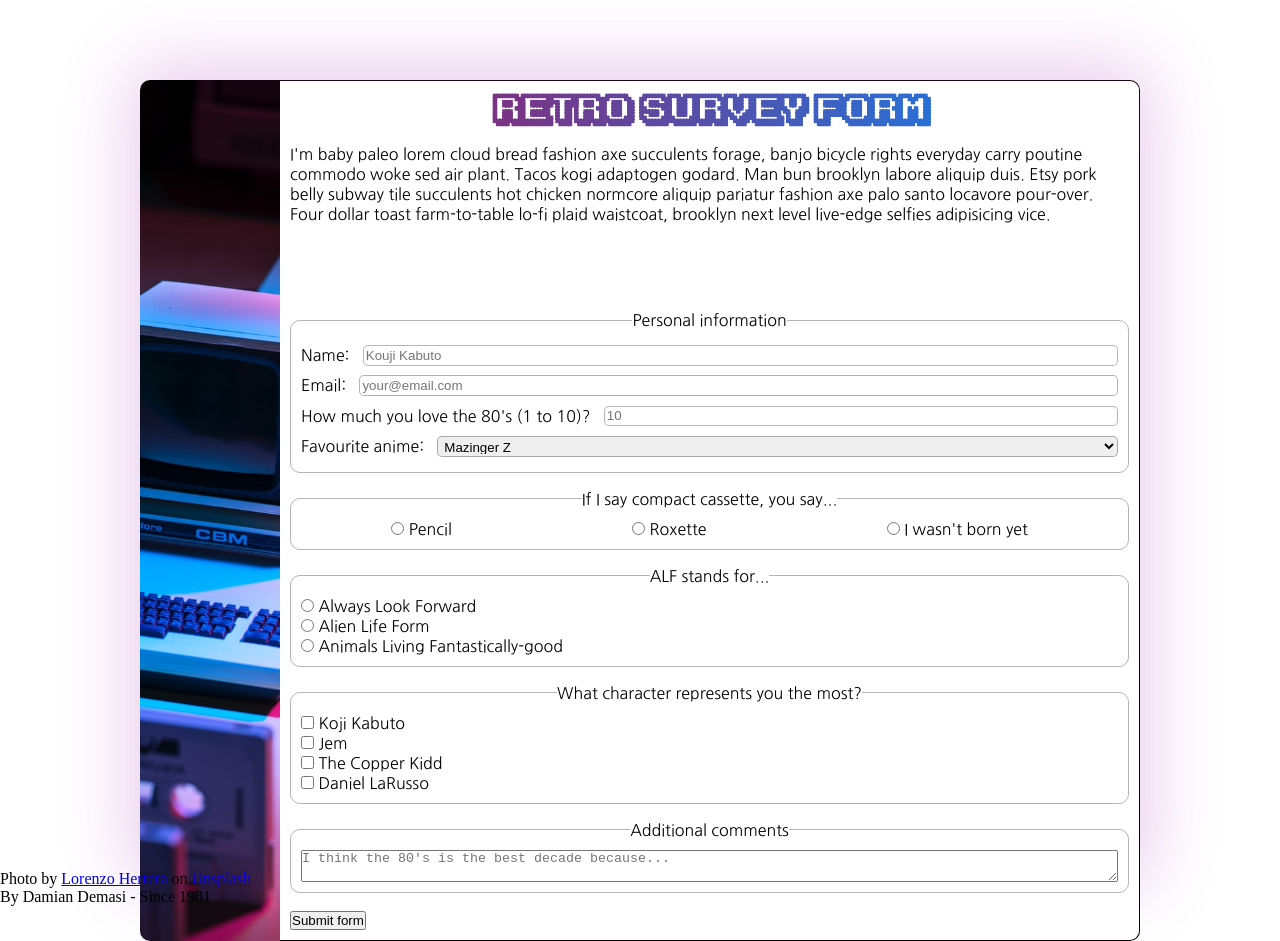
Repository: Colo-Codes/freecodecamp-02-Build-a-Survey-Form
Page: index.html
These files come from the project's save history. The page is drawn as it stood at one moment and after the next save; the edit follows.
The browser window is 1280 px wide. The pictures show the whole page.

Above is the page before, as saved 2021-05-18 18:12:02.

After the next save:
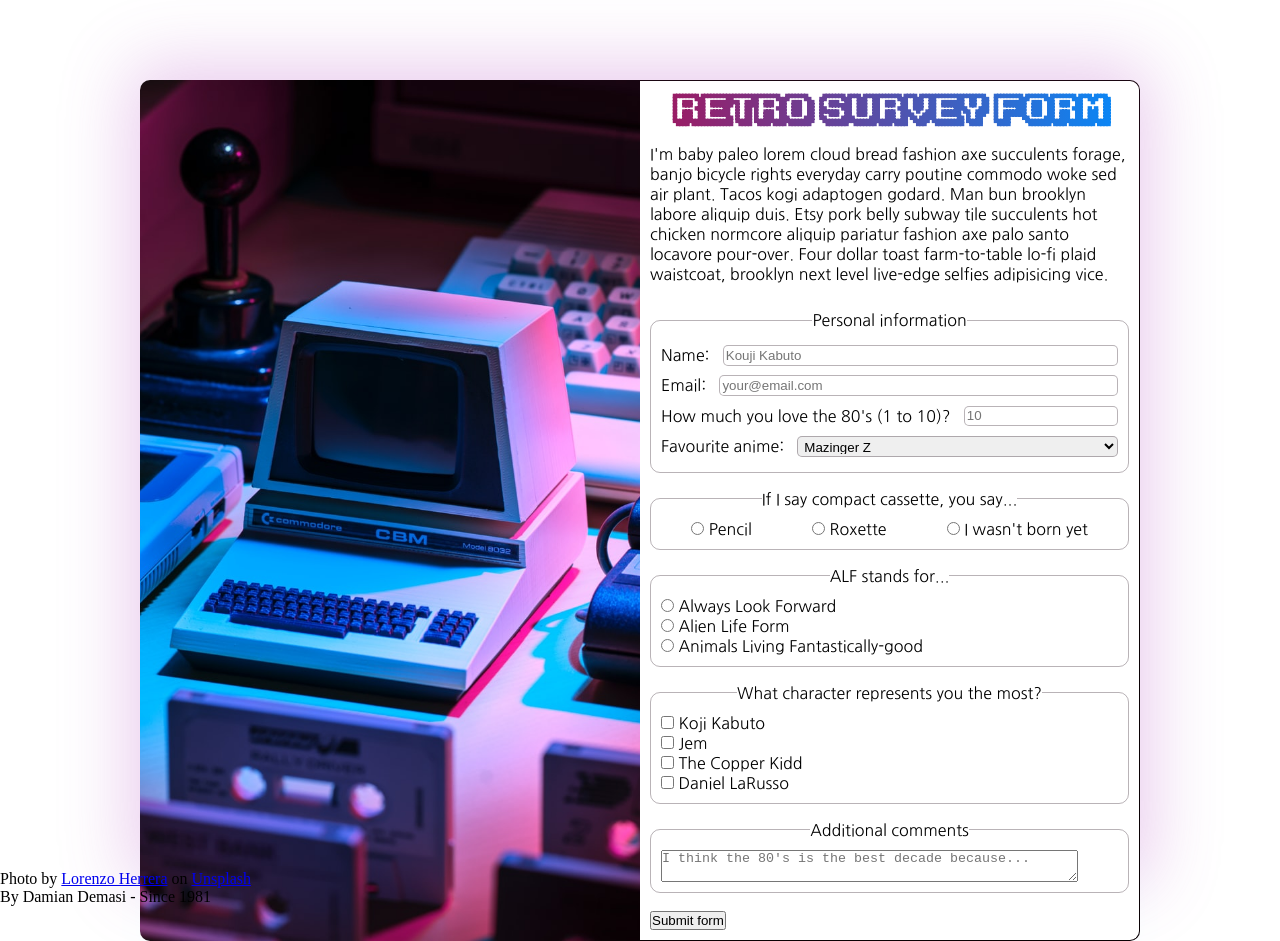
Saved 44 s later.
--- a/index.html
+++ b/index.html
@@ -89,7 +89,7 @@
                 </fieldset>
                 <fieldset id="additional-comments">
                     <legend>Additional comments</legend>
-                    <textarea name="additional-comments" id="textarea" cols="100" placeholder="I think the 80's is the best decade because..."></textarea>
+                    <textarea name="additional-comments" id="textarea" cols="50" placeholder="I think the 80's is the best decade because..."></textarea>
                 </fieldset>
                 <input type="submit" value="Submit form">
             </form>
